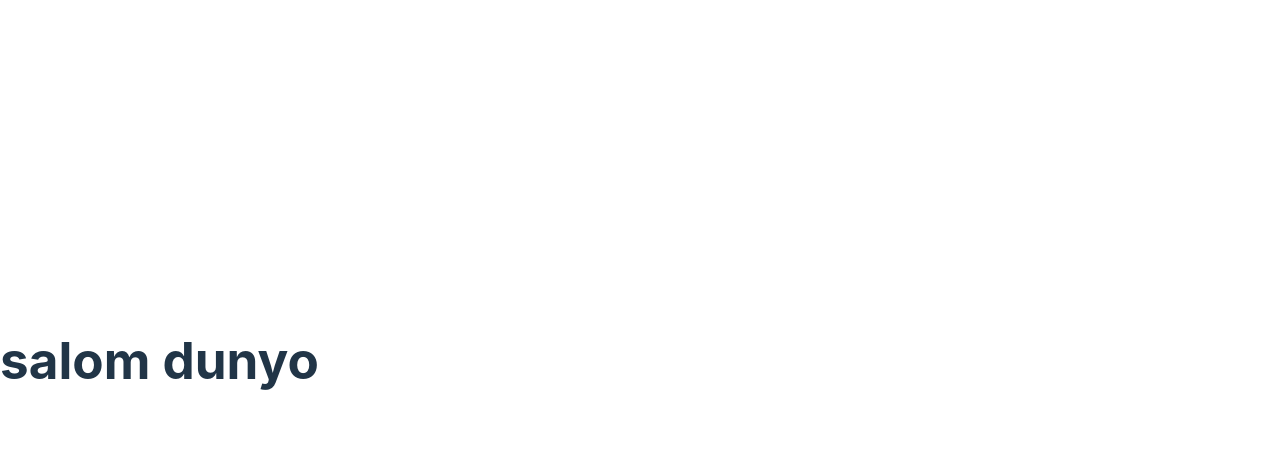
Repository: SitoraRashidova/CoffeShop_Figma
Page: /
These files come from the project's save history. The page is drawn as it stood at one moment and after the next save; the edit follows.
The browser window is 1280 px wide. The pictures show the whole page.
The project was rebuilt for these pictures with package versions that can differ from the ones it lists, and the page was loaded fresh each time. Also part of the build but not shown: vite.config.js.

Above is the page before, as saved 2024-11-24 22:27:58.

### src/App.jsx
import './App.css'
import Header from './components/header'

function App() {

  return (
    <>
     <h1>salom dunyo</h1>
     <Header />
    </>
  )
}

export default App

### src/App.css
*{
  box-sizing: border-box;
}

/* Header uchun style */

.container {
  width: 100%;
  max-width: 1296px;
  margin: 0 auto;
}

### src/components/header.jsx


const Header = () => {
  return (
    <header>
      <div className="container"></div>
    </header>
  )
}

export default Header

Loaded but not shown: index.html (common file); src/main.jsx (common file); src/index.css (common file)

After the next save:
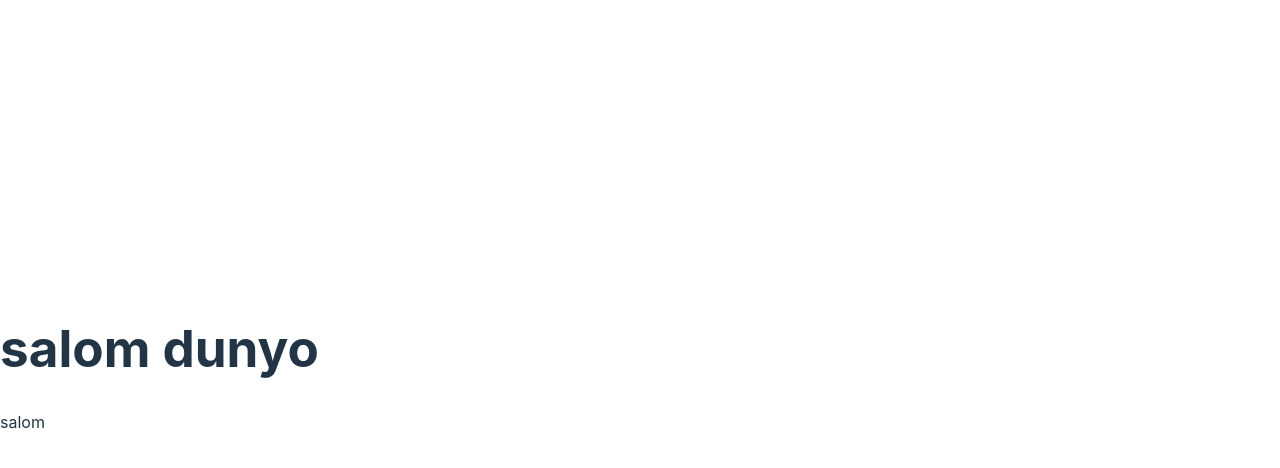
Saved 14 s later.
--- a/src/components/header.jsx
+++ b/src/components/header.jsx
@@ -3,7 +3,9 @@
 const Header = () => {
   return (
     <header>
-      <div className="container"></div>
+      <div className="container">
+        salom
+      </div>
     </header>
   )
 }
